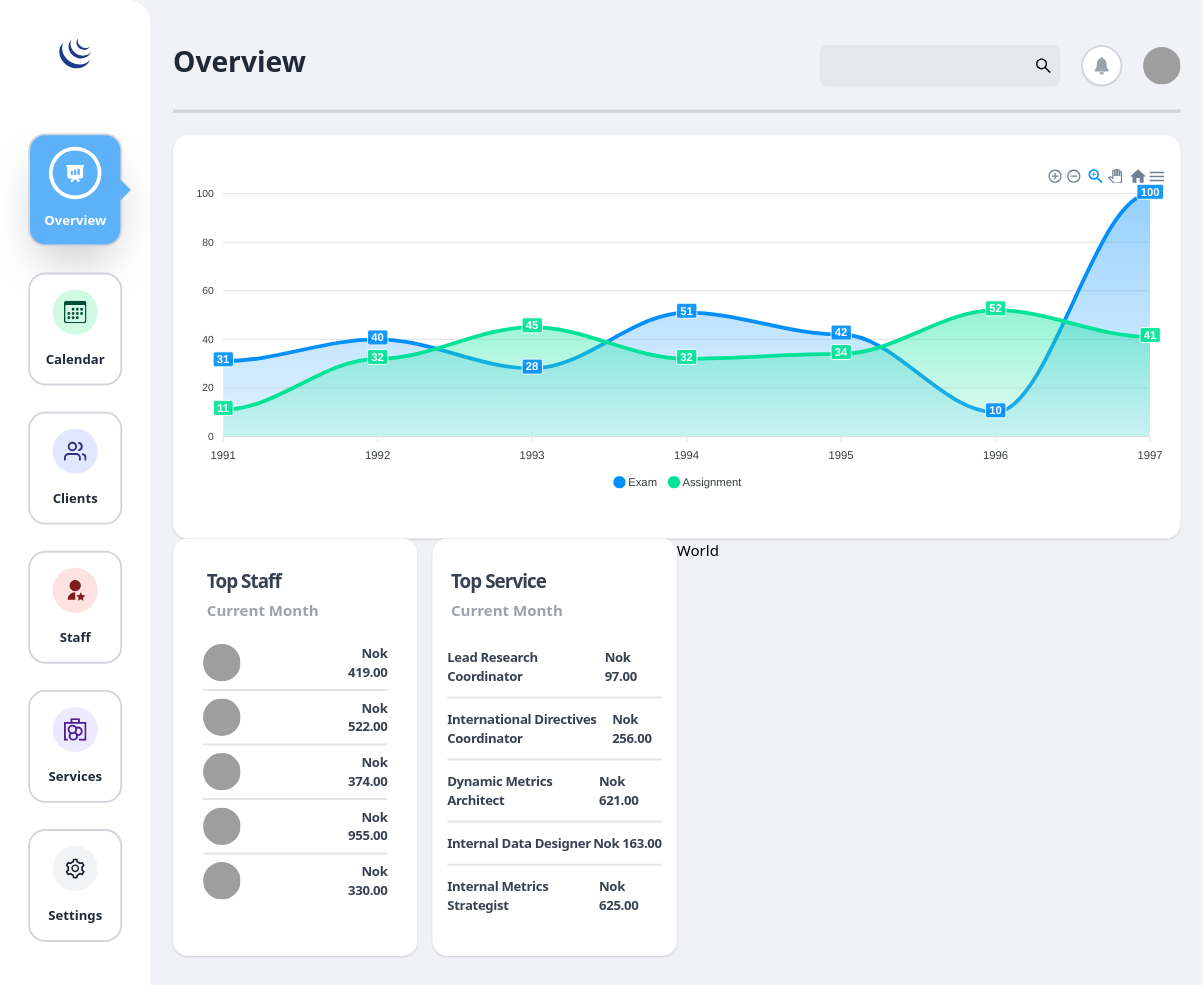
Repository: coolronts/dashboard
Page: /
An editor plug-in stored every save of this project. The page is shown before and after the next save, followed by the edit.
The browser window is 1280 px wide. The pictures show the whole page, at 94% of full size.
Pictures or frames that could not be fetched are drawn as grey boxes. The project was rebuilt for these pictures with package versions that can differ from the ones it lists, and the page was loaded fresh each time. Also part of the build but not shown: craco.config.js.

Above is the page before, as saved 2021-11-28 03:21:42.

### src/index.tsx
import './index.css';

import App from './App';
import React from 'react';
import ReactDOM from 'react-dom';

ReactDOM.render(
  <React.StrictMode>
    <App />
  </React.StrictMode>,
  document.getElementById('root')
);

### src/App.tsx
import './App.css';

import Home from './Pages/Home'

function App() {
  return (
    <div className="App">
      <Home/>
    </div>
  );
}

export default App;

### src/App.css
* {
    margin: 0;
    padding: 0;
}

.App {
    background-color: #F0F2F5;
}

### src/Pages/Home/index.tsx
import AppointmentActivity from '../../Units/AppointmentActivity'
import LeftDrawer from '../../Units/LeftDrawer'
import SectionHeader from '../../Units/SectionHeader'
import SplitScreen from '../../Components/SplitScreen'
import TopService from '../../Units/TopService'
import TopStaff from '../../Units/TopStaff'

const Home: React.FC = () => {
  const styles = {
    leftDrawer: 'bg-white px-8 rounded-tr-3xl py-8',
  }
  return (
    <div className="flex">
      <div className={styles.leftDrawer}>
        <LeftDrawer/>
      </div>
      <div className="flex-1 mx-6 mt-12">
        <SectionHeader />
        <hr className="bg-gray-300 h-1 my-6" />
        <AppointmentActivity />
        <SplitScreen leftWeight="w-1/2" rightWeight="w-1/2" >
          <div className="w-full flex justify-between">
            <TopStaff />
            <div className="w-4"/>
            <TopService />
          </div>
          <div>World</div>
        </SplitScreen>
      </div>
    </div>
  )
}

export default Home

### src/Units/AppointmentActivity/index.tsx
import Card from '../../Components/Card'
import MultiLine from '../../Components/Charts/MultiLine'

const AppointmentActivity: React.FC = () => {
  return (
    <div>
      <Card
        Element={
          <MultiLine />
        }
      />

    </div>
  )
}

export default AppointmentActivity

### src/Units/LeftDrawer/index.tsx
import { Calendar, Clients, Overview, Services, Settings, Staff } from '../../Components/Icons'

import {CompanyLogo} from '../../Components/Icons'
import Logo from '../../Components/Logo'

const LeftDrawer: React.FC = () => {
  const styles = {
    CompanyLogo: "text-5xl text-blue-900 w-full mb-12",
    menu: "flex flex-col justify-between bg-blue.primary"
  }
  const icons = [
    { Icon: <Overview />, name: 'overview', color: 'blue', active: true },
    { Icon: <Calendar />, name: 'calendar', color: 'green', active: false },
    { Icon: <Clients />, name: 'clients', color: 'indigo', active: false  },
    { Icon: <Staff />, name: 'staff', color: 'red', active: false  },
    { Icon: <Services />, name: 'services', color: 'purple', active: false  },
    { Icon: <Settings />, name: 'settings', color: 'gray', active: false  },
  ]

  return (
    <div className="m-auto">
      <CompanyLogo className={styles.CompanyLogo}/>
      <div className={styles.menu}>
        {icons.map((icon, index) =>  <Logo Icon={icon.Icon} name={icon.name} color={icon.color} key={index} active={icon.active} />)}
      </div>
    </div>
  )

}

export default LeftDrawer

### src/Units/SectionHeader/index.tsx
import Avatar from '../../Components/Avatar'
import {Notification} from '../../Components/Buttons'
import {Notifications} from '../../Components/Icons'
import TextBox from '../../Components/TextBox'

const SectionHeader: React.FC = () => {
  const styles = {
    heading: "text-3xl text-gray-800 font-bold",
    body: "flex justify-between",
    leftComponent: "flex items-center justify-around"
  }
  return (
    <div className={styles.body}>
      <h1 className={styles.heading}>Overview</h1>
      <div className={styles.leftComponent}>
        <TextBox />
        <Notification Icon={<Notifications />} />
        <Avatar />
      </div>
    </div>
  )
}

export default SectionHeader

### src/Components/SplitScreen/index.tsx
import tw from "tailwind-styled-components"

interface SplitScreenProps {
  children: React.ReactNode[];
  containerWeight?: string;
  leftWeight?: string;
  rightWeight?: string;
}
const SplitScreen: React.FC<SplitScreenProps> = ({
	children,
	containerWeight = 'flex w-full',
  leftWeight = 'w-1/2',
	rightWeight = 'w-full',
}) => {
  const Container = tw.div``;
  const Pane = tw.div``;

	const [left, right] = children;
	return (
		<Container className={containerWeight}>
			<Pane className={leftWeight}>
				{left}
			</Pane>
			<Pane className={rightWeight}>
				{right}
			</Pane>
		</Container>
	);
}

export default SplitScreen

### src/Units/TopService/index.tsx
import { useEffect, useState } from 'react'

import Card from '../../Components/Card'
import createRandomData from '../../api/TopService'

interface dataProps {
  position: string,
  price: number
}
const TopService: React.FC = () => {
  const [data, setData] = useState<dataProps[]>([])
  const styles = {
    table: `bg-white w-full divide-solid divide-y-2 divide-opacity-60 divide-gray-300 text-gray-700`,
    row: `flex py-3 text-sm items-center font-semibold font-sans tracking-tight py-2 justify-between`
  }

  if (data.length === 0) {
    createRandomData(5)
      .then(response => setData(response))
  }
  useEffect(() => { }, [data])

  return (
    <Card size="sm" Element={
      <div className="px-2">
        <div className="px-1 mb-4 font-semibold font-sans capitalize">
          <p className="tracking-tighter text-xl text-gray-700">Top Service</p>
          <p className="text-md text-gray-400 pt-1">Current month</p>
        </div>
        <div className={styles.table}>
          {data.map((item, i) => (
            <div className={styles.row} key={i}>
                <p>{item.position}</p>
                <p>Nok {item.price}</p>
            </div>
          ))}
        </div>
      </div>
    }/>
  )
}

export default TopService

### src/Units/TopStaff/index.tsx
import Avatar from '../../Components/Avatar'
import Card from '../../Components/Card'
import createRandomData from '../../api/TopStaff'
import {useState} from 'react'

interface dataProps {
  avatar: string,
  name: string,
  price: number
}
const TopStaff: React.FC = () => {
  const [data, setData] = useState<dataProps[]>([])
  if (data.length === 0) {
    createRandomData(5)
    .then(response => setData(response))
  }

  const styles = {
    table: `bg-white w-full divide-solid divide-y-2 divide-opacity-60 divide-gray-300 text-gray-700`,
    row: `flex text-sm items-center font-semibold font-sans tracking-tight py-2`
  }
  return (
    <Card size="sm" Element={
      <div className="px-6">
        <div className="px-1 mb-4 font-semibold font-sans capitalize">
          <p className="tracking-tighter text-xl text-gray-700">Top Staff</p>
          <p className="text-md text-gray-400 pt-1">Current month</p>
        </div>
        <div className={styles.table}>
          {data.map((item, i) => (
            <div className={styles.row} key={i}>
              <div className="w-2/3 flex items-center">
                <Avatar img={item.avatar}/>
                <p className="ml-2">{item.name}</p>
              </div>
              <div className="w-1/3 text-right">
                <p className="">Nok {item.price}</p>
              </div>
            </div>
          ))}
        </div>
      </div>
    } />
  )
}

export default TopStaff

### src/Components/Card/index.tsx
import { ReactNode } from "react"

interface CardProps {
  size?: string;
  Element: ReactNode
}

const Card: React.FC<CardProps> = ({ size, Element}) => {
  const styles = {
    body: `bg-white px-2 py-8 rounded-2xl shadow ${size==='sm' ? 'w-3/6': 'w-full'}` ,
  }
  return (
    <div className={styles.body}>
      {Element}
    </div>
  )
}

export default Card

### src/Components/Charts/MultiLine/index.tsx
import ReactApexChart from "react-apexcharts";

const series = [
  {
    name: 'Exam',
    data: [31, 40, 28, 51, 42, 10, 100]
  }, {
    name: 'Assignment',
    data: [11, 32, 45, 32, 34, 52, 41]
  }
]


const options = {
  chart: {
    id: 'apexchart-example'
  },
  xaxis: {
    categories: [1991, 1992, 1993, 1994, 1995, 1996, 1997, 1998, 1999]
  }
}

const MultiLine: React.FC = () => {
  return (
    <div id="chart">
      <ReactApexChart options={options} series={series} type="area" height={350} />
    </div>

  )
}

export default MultiLine

### src/Components/Icons/index.tsx
import {AiOutlineSearch} from 'react-icons/ai'
import {AiOutlineSetting} from 'react-icons/ai'
import {BsCalendar3} from 'react-icons/bs'
import {DiJqueryLogo} from 'react-icons/di'
import {FiUsers} from 'react-icons/fi'
import {GrBusinessService} from 'react-icons/gr'
import { HiPresentationChartBar } from 'react-icons/hi'
import {ImArrowRight} from 'react-icons/im'
import {IoIosNotifications} from 'react-icons/io'
import { RiUserStarFill } from 'react-icons/ri'

export {
  HiPresentationChartBar as Overview,
  BsCalendar3 as Calendar,
  FiUsers as Clients,
  RiUserStarFill as Staff,
  GrBusinessService as Services,
  AiOutlineSetting as Settings,
  ImArrowRight as ArrowRight,
  DiJqueryLogo as CompanyLogo,
  AiOutlineSearch as Search,
  IoIosNotifications as Notifications
}

### src/Components/Logo/index.tsx
import {ArrowRight} from '../Icons'
import React from 'react';

interface IconProps {
  Icon: React.ReactNode;
  name: string,
  color: string,
  active?: boolean
}


const Logo: React.FC<IconProps> = ({ Icon, name, color, active=false }) => {

  const styles = {
    body:`relative group my-4 text-2xl px-12 py-4 bg-white ring-2 ring-gray-300 w-20 rounded-2xl flex flex-col items-center justify-around hover:bg-blue-primary hover:shadow-2xl cursor-pointer ${active ? 'bg-blue-primary shadow-2xl' :'bg-white'}`,
    name: `${active ? 'text-white': 'text-gray-800'} group-hover:text-white capitalize text-sm font-semibold mt-4`,
    icon: `${active ? 'bg-blue-primary text-white': `bg-${color}-100 text-${color}-900`} rounded-full p-3 group-hover:bg-blue-primary group-hover:text-white ring-4 ring-white`,
    arrowRight: `${active?'text-blue-primary': 'text-transparent'} absolute -right-3 text-transparent`
  }
  return (
    <div className={styles.body}>
      <div className={styles.icon}> {Icon} </div>
      <p className={styles.name}> {name} </p>
      <ArrowRight className={styles.arrowRight}/>
    </div>
  )
}

export default Logo

### src/Components/Avatar/index.tsx
interface AvatarProps {
  img?: string;
  radius?: number;
}
const imgLink="https://images.unsplash.com/photo-1472099645785-5658abf4ff4e?ixlib=rb-1.2.1&ixid=eyJhcHBfaWQiOjEyMDd9&auto=format&fit=facearea&facepad=2&w=256&h=256&q=80"

const Avatar: React.FC<AvatarProps> = ({ img = imgLink, radius = 10 }) => {
  console.log(img)
  const styles = {
    avatar:`inline-block h-${radius} w-${radius} rounded-full cursor-pointer`
  }
  return (
    <div>
      <img
        className={styles.avatar}
        src={img}
        alt=""
      />
    </div>
  )
}

export default Avatar

### src/Components/Buttons/index.tsx
interface NotificationProps{
  Icon: React.ReactNode;
}

export const Notification: React.FC<NotificationProps> = ({ Icon }) => {
  const styles = {
    icon: "ring-2 ring-gray-300 text-2xl font-bold p-2 bg-white rounded-full mx-6 shadow text-gray-400 cursor-pointer hover:shadow-2xl"
  }
  return (
    <>
      <div className={styles.icon}>{Icon}</div>
    </>
  )
}

### src/Components/TextBox/index.tsx
import {Search} from '../Icons'

const TextBox: React.FC = () => {
  const styles = {
    body: "relative",
    textBox: "bg-gray-200 w-64 rounded-lg py-3 px-4 font-semibold text-sm focus:ring-2 ring-gray-600 outline-none",
    searchIcon: "absolute right-2 top-3 text-xl"
  }

  return (
    <div className={styles.body}>
      <input className={styles.textBox} type="text" />
      <Search className={styles.searchIcon}/>

    </div>
  )
}

export default TextBox

### src/api/TopService.ts
var faker = require('faker')

const createRandomData = async (n: number) => {
  let data = []
  for (let i = 0; i < n; i++) {
    await data.push({
      position: faker.name.jobTitle(),
      price: faker.commerce.price()
    })
  }
  console.log(data)
  return data
}

export default createRandomData

### src/api/TopStaff.ts
var faker = require('faker')

const createRandomData = async (n: number) => {
  let data = []
  for (let i = 0; i < n; i++) {
    await data.push({
      position: faker.name.jobTitle(),
      price: faker.commerce.price()
    })
  }
  return data
}

export default createRandomData

### tailwind.config.js
module.exports = {
    purge: ["./src/**/*.{js,jsx,ts,tsx}", "./public/index.html"],
    darkMode: false, // or 'media' or 'class'
    theme: {
        extend: {
            colors: {
                blue: {
                    primary: "#5DB1F8",
                    secondary: "#38A3FF",
                    tertiary: "#1D90F3",
                },
            },
        },
    },
    variants: {
        extend: {},
    },
    plugins: [],
};

Loaded but not shown: public/index.html (common file); src/index.css (common file)

After the next save:
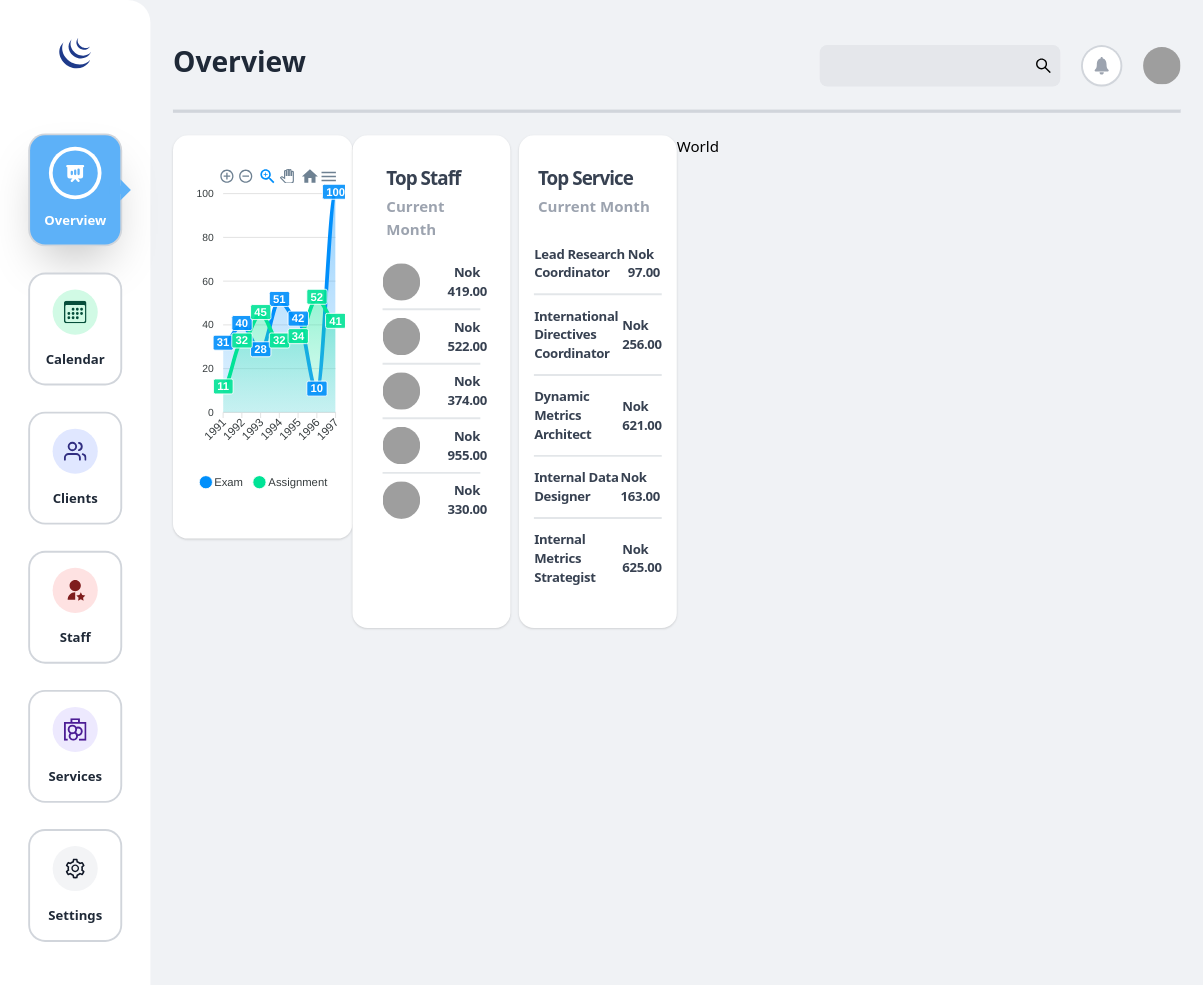
Saved 75 s later.
--- a/src/Pages/Home/index.tsx
+++ b/src/Pages/Home/index.tsx
@@ -17,9 +17,9 @@ const Home: React.FC = () => {
       <div className="flex-1 mx-6 mt-12">
         <SectionHeader />
         <hr className="bg-gray-300 h-1 my-6" />
-        <AppointmentActivity />
         <SplitScreen leftWeight="w-1/2" rightWeight="w-1/2" >
           <div className="w-full flex justify-between">
+            <AppointmentActivity />
             <TopStaff />
             <div className="w-4"/>
             <TopService />
